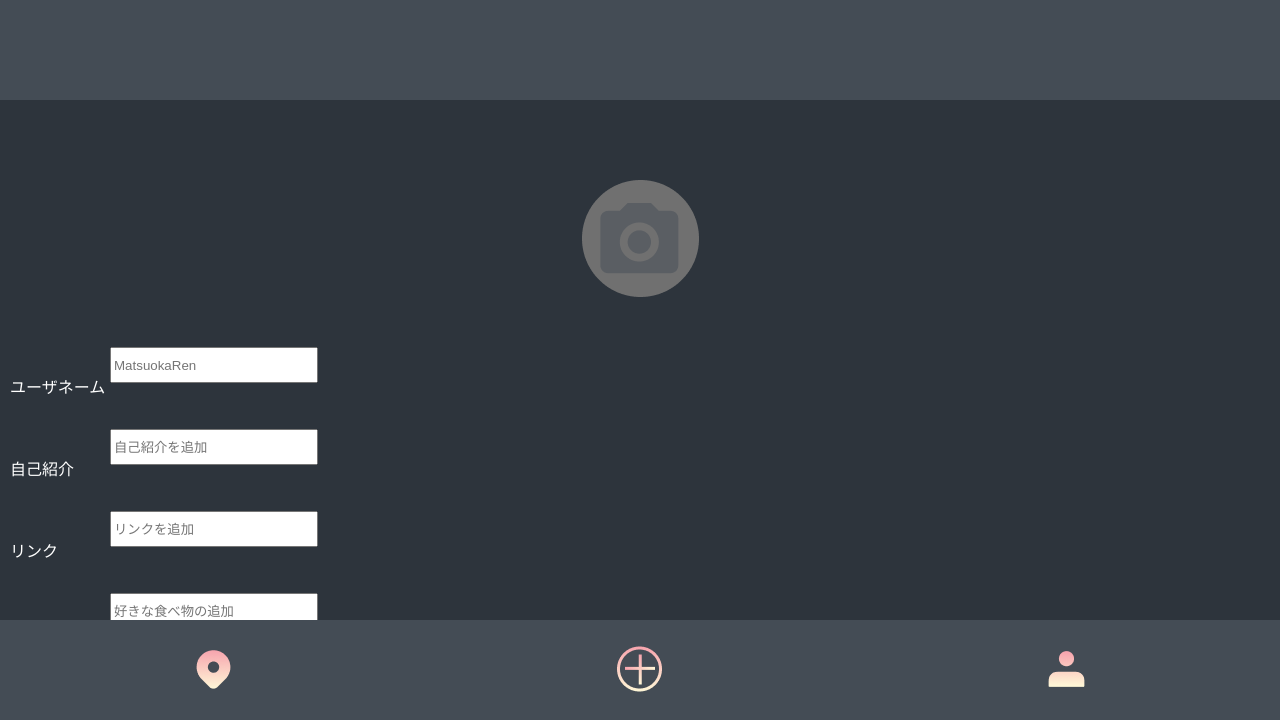
Repository: ren0714poo/respos
Page: edit.html
These files come from the project's save history. The page is drawn as it stood at one moment and after the next save; the edit follows.
The browser window is 1280 px wide. The pictures show the whole page.

Above is the page before, as saved 2025-07-17 14:12:58.

### edit.html
<!DOCTYPE html>
<html lang="ja">
<head>
  <meta charset="UTF-8">
  <meta name="viewport" content="width=device-width, initial-scale=1.0">
  <title>respos_edit</title>
  <link rel="stylesheet" href="css/edit.css">
</head>
<body>
  <header>
  </header>

  <main>
    <div class="edit_img"><img src="img/camera_chenge.png" alt="カメラ変更"></div>
    <div class="edit">
      <div class="edit_flex">
        <p>ユーザネーム</p>
        <input type="text" placeholder="MatsuokaRen"><br>
      </div>
      <div class="edit_flex">
        <p>自己紹介</p>
        <input type="text" placeholder="自己紹介を追加"><br>
      </div>
      <div class="edit_flex">
        <p>リンク</p>
        <input type="text" placeholder="リンクを追加"><br>
      </div>
      <div class="edit_flex">
        <p>好きな食べ物</p>
        <input type="text" placeholder="好きな食べ物の追加">
      </div>


    </div>
  </main>

  <footer>
    <button type="button" id="pin" onclick="location.href='top.html'"><img src="img/tabler_map-pin-filled.png" alt="ピン"></button>
    <button type="button"><img src="img/post.png" alt="投稿"></button>
    <button type="button" id="profile" onclick="location.href='profile.html'"><img src="img/icon-park-solid_people.png" alt="プロフィール"></button>
  </footer>

</body>
</html>

### css/edit.css
@media screen and (max-width:480px){


}

html, body {
  color: white;
  background: #2D343C;
  height: 100%;
  margin: 0;
  padding: 0;
  display: grid;
  grid-template-rows: 100px calc(100vh - 200px) 100px;
  grid-template-areas:
  "header"
  "main"
  "footer"
  ;
}



header{
  width: 100%;
  height: 100px;
  background: #444C55;
  display: flex;
  grid-area: header;
}




main{
  width: 100%;
  height: 100%;
  grid-area: main;
}

.edit {
  margin-top: 50px;
  line-height: 50px;
}
.edit_flex{
  display: flex;
p{
  width: 100px;
  margin-left: 10px;
}
input{
  width: 200px;
  height: 30px;
}
}

.edit_img {
  display: flex;
  flex-direction: column;
  align-items: center;
  margin-top: 80px;
}











footer {
  background: #444C55;
  display: flex;
  justify-content: space-around;
  align-items: center;
}

footer button {
  background: transparent;
  border: none;
}

After the next save:
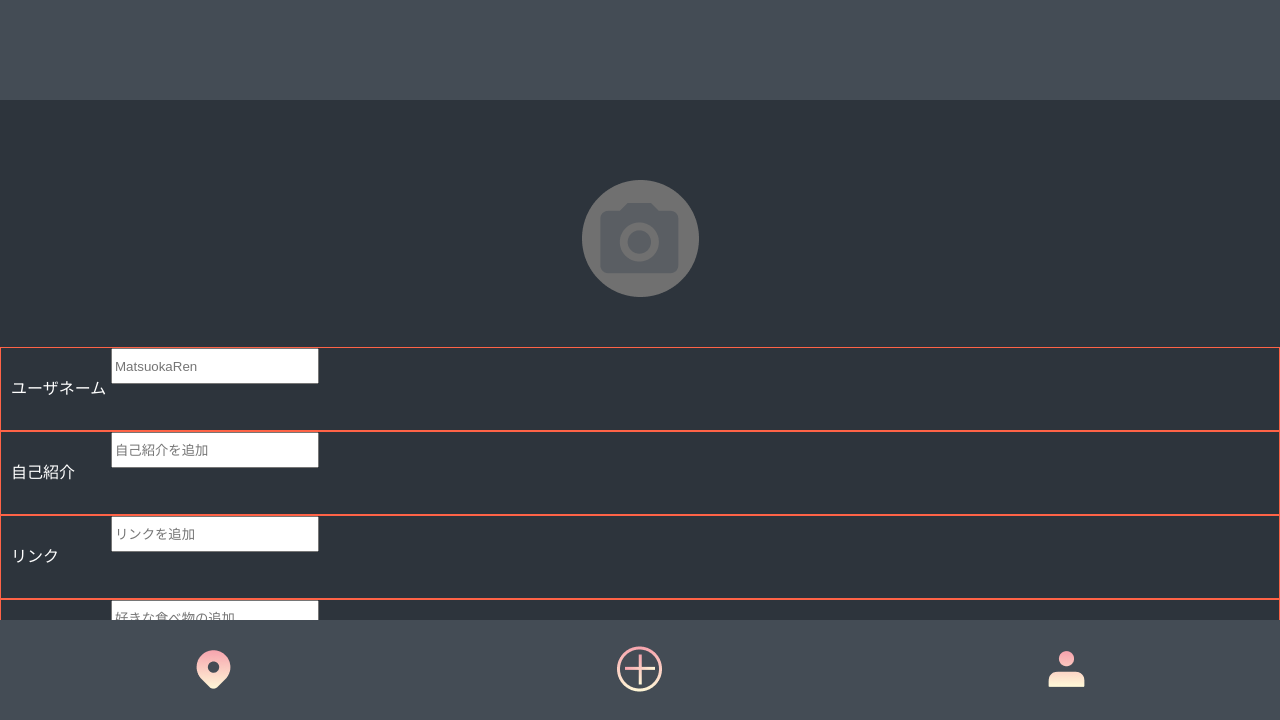
Saved 47 s later.
--- a/css/edit.css
+++ b/css/edit.css
@@ -42,6 +42,7 @@ main{
   line-height: 50px;
 }
 .edit_flex{
+  border: 1px solid tomato;
   display: flex;
 p{
   width: 100px;
